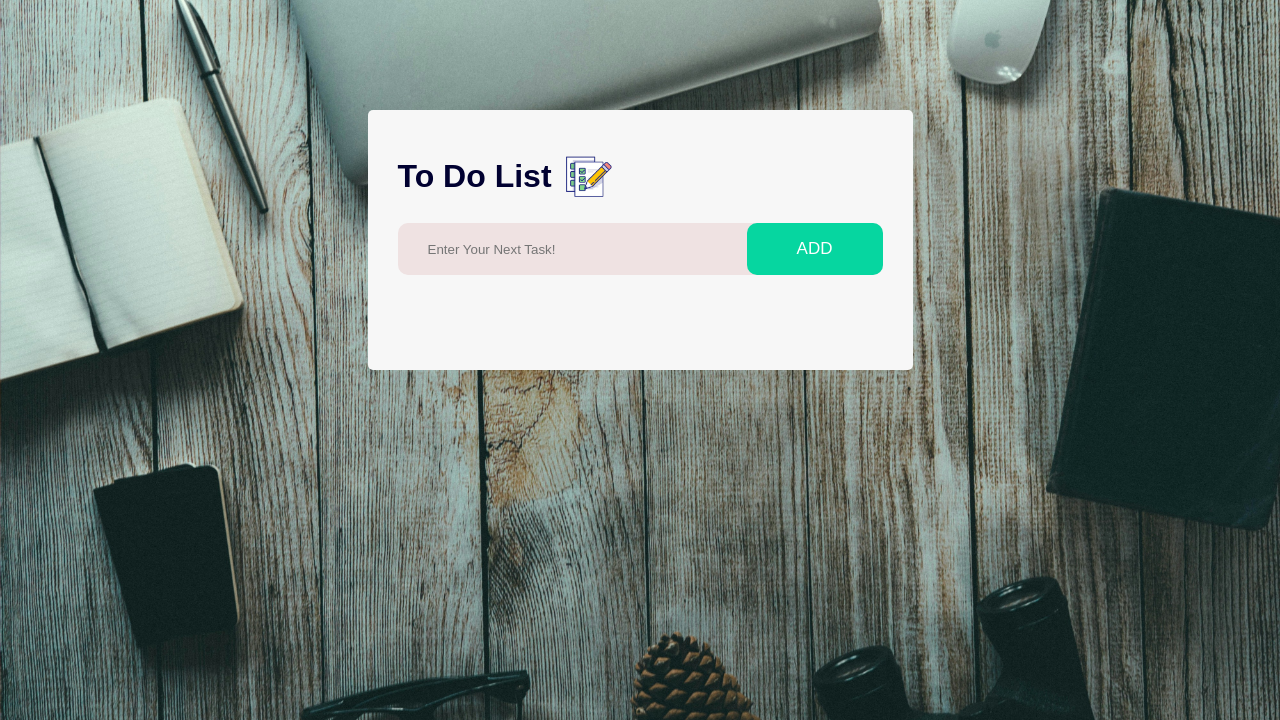
Repository: zeinawady/To_Do_List
Page: index.html
These files come from the project's save history. The page is drawn as it stood at one moment and after a run of saves; the edit follows.
The browser window is 1280 px wide. The pictures show the whole page.

Above is the page before, as saved 2024-10-02 02:09:00.
Console error: SyntaxError: Unexpected token ')'

After the next 12 saves:
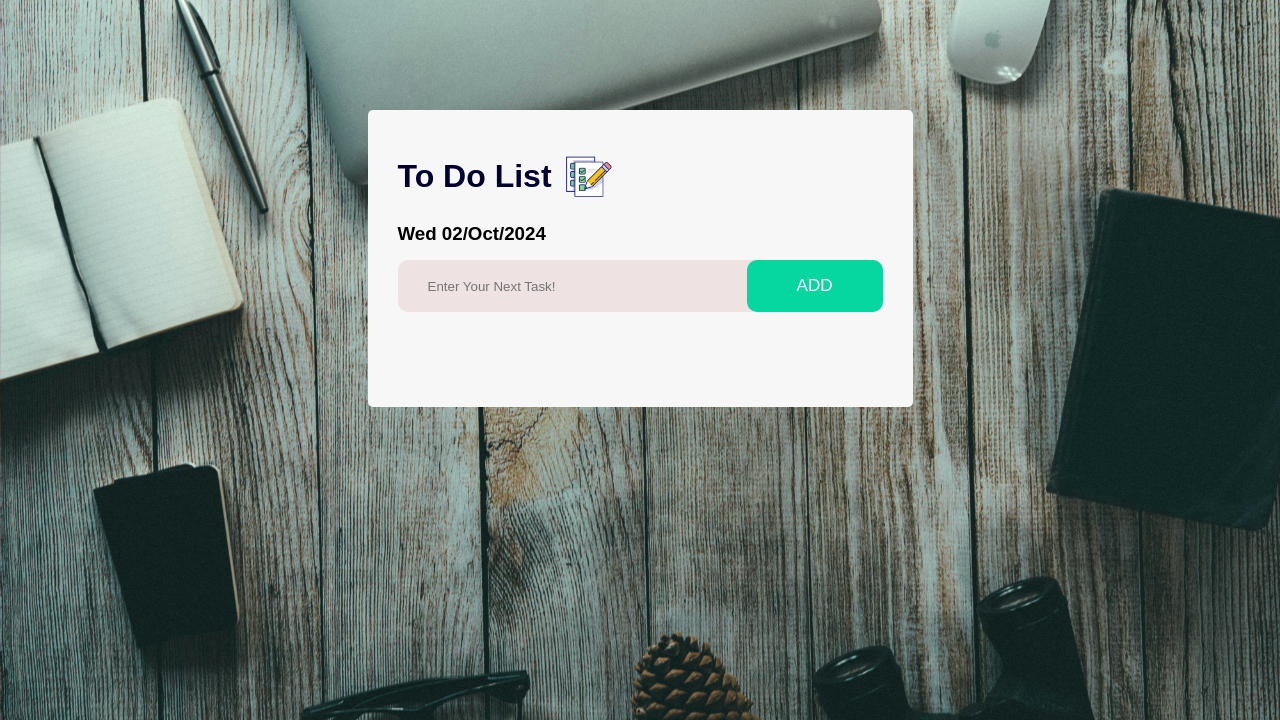
The error is gone.
The 12 saves are shown as one change because they came seconds apart.
The last was saved 33 s later.
--- a/script.js
+++ b/script.js
@@ -41,7 +41,9 @@ listContainer.addEventListener("click", function (e) {
         saveTask();
 
     }
-    else if(e.)
+    else if(e.target.tagName==="BUTTON"){
+
+    }
 })
 
 function saveTask() {
